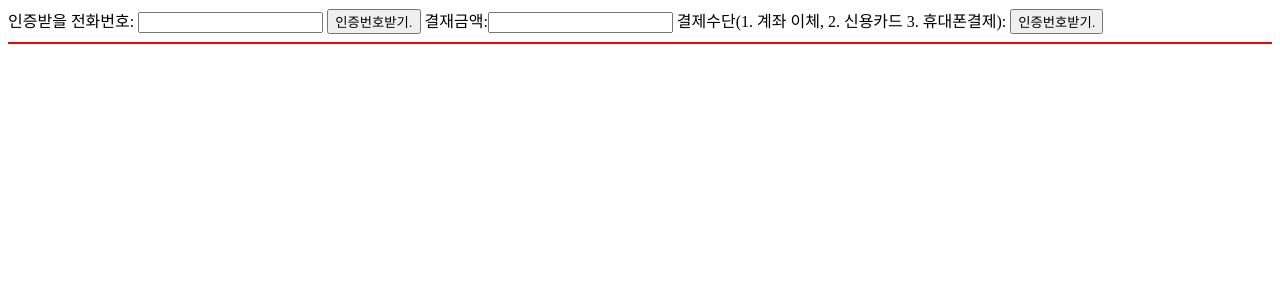
Repository: Yusubin/springEx
Page: http://localhost/spring04/ajax1.jsp
An editor plug-in stored every save of this project. The page is shown before and after the next save, followed by the edit.
The browser window is 1280 px wide. The pictures show the whole page.
The page is served by Tomcat 9.

Above is the page before, as saved 2022-02-17 08:36:23.

After the next save:
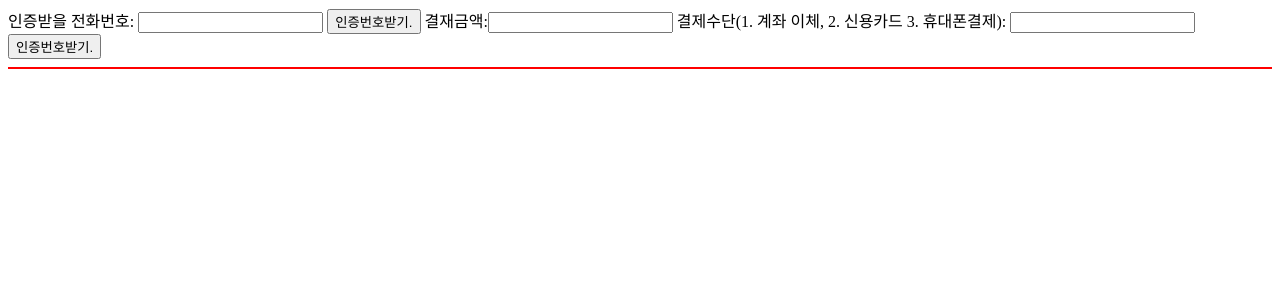
Saved 21 s later.
--- a/spring04/src/main/webapp/ajax1.jsp
+++ b/spring04/src/main/webapp/ajax1.jsp
@@ -36,7 +36,7 @@ $(function(){
 <button id="b1">인증번호받기.</button>
 
 결재금액:<input type="text" id="money">
-결제수단(1. 계좌 이체, 2. 신용카드 3. 휴대폰결제):
+결제수단(1. 계좌 이체, 2. 신용카드 3. 휴대폰결제): <input type="text" id="choice">
 <button id="b1">인증번호받기.</button>
 
 <hr color="red">
